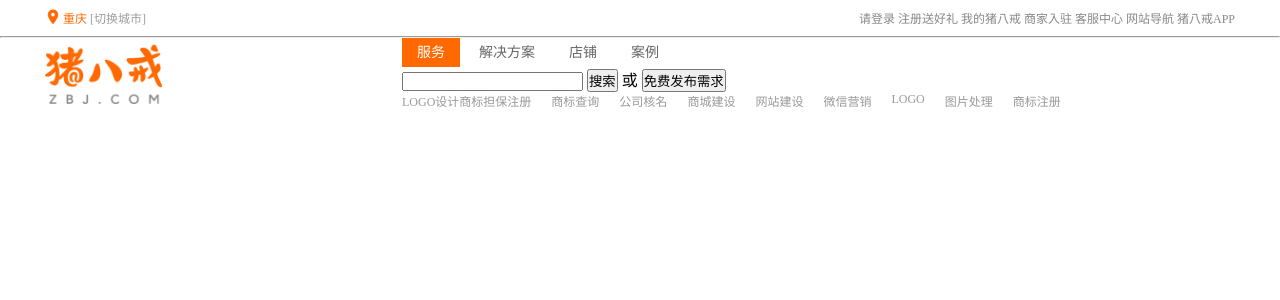
Repository: 13982720426/zbj
Page: HTML/index.html
The author's editor kept a copy of each file at every save. The page is drawn from the files as they stood at one save, then again after the next save.
The browser window is 1280 px wide. The pictures show the whole page.

Above is the page before, as saved 2021-07-15 15:25:04.

### HTML/index.html
<!DOCTYPE html>
<html lang="en">
  <head>
    <meta charset="UTF-8" />
    <meta http-equiv="X-UA-Compatible" content="IE=edge" />
    <meta name="viewport" content="width=device-width, initial-scale=1.0" />
    <title>猪八戒网重庆站-中国领先的企业服务平台</title>
    <link rel="stylesheet" type="image/x-icon" href="./imgs/favicon.ico" />
    <link rel="stylesheet" type="text/css" href="css/index.css" />
  </head>
  <body>
    <div class="header-top">
      <div class="header-top-left">
        <div class="location-icon">
          <span class="tl1">重庆</span>
          <span class="tl2">[切换城市]</span>
        </div>
      </div>
      <div class="haeder-top-right">
        <span class="tr1">请登录</span>
        <span class="tr2">注册送好礼</span>
        <span class="tr3">我的猪八戒</span>
        <span class="tr4">商家入驻</span>
        <span class="tr5">客服中心</span>
        <span class="tr6">网站导航</span>
        <span class="tr7">猪八戒APP</span>
      </div>
    </div>
    <hr />
    <div class="header-bd-wrap header-bd-wrap-fixed">
      <div class="header-bd-wrap-content">
        <div class="header-bd-wrap-l">
          <img class="logo-img" src="./imgs/newlogo_5b91b4a.png" alt="猪八戒" />
        </div>
        <div class="header-bd-wrap-r">
          <div class="header-bd-wrap-menu">
            <ul>
              <li><a href="">服务</a></li>
              <li><a href="">解决方案</a></li>
              <li><a href="">店铺</a></li>
              <li><a href="">案例</a></li>
            </ul>
          </div>
          <div class="header-bd-wrap-search">
            <form action="">
              <input class="search-input" type="text" name="" id="" />
              <button class="search-button">搜索</button>
              <span class="huo">或</span>
              <button class="search-button">免费发布需求</button>
            </form>
          </div>

          <div class="header-bd-wrap-nav">
            <a href="https://zt.zbj.com/sl/re/splkkegq" target="_blank">LOGO设计商标担保注册</a>
            <a href="https://zt.zbj.com/sl/re/spl4eino" target="_blank">商标查询</a>
            <a href="https://zt.zbj.com/sl/re/splhj5w7" target="_blank">公司核名</a>
            <a href="//search.zbj.com/f/?kw=%E5%95%86%E5%9F%8E%E5%BB%BA%E8%AE%BE" target="_blank">
              商城建设
            </a>
            <a href="//search.zbj.com/f/?kw=%E7%BD%91%E7%AB%99%E5%BB%BA%E8%AE%BE" target="_blank">
              网站建设
            </a>
            <a href="//search.zbj.com/f/?kw=%E5%BE%AE%E4%BF%A1%E8%90%A5%E9%94%80" target="_blank">
              微信营销
            </a>
            <a href="//search.zbj.com/f/?kw=LOGO" target="_blank">LOGO</a>
            <a href="//search.zbj.com/f/?kw=%E5%9B%BE%E7%89%87%E5%A4%84%E7%90%86" target="_blank">
              图片处理
            </a>
            <a
              href="https://tg.ipr.zbj.com/trademark/sbzc/?_union_identify=21&_union_uid=7223946&_union_itemid=1735120&fr=kwrecom"
              target="_blank"
            >
              商标注册
            </a>
          </div>
        </div>
      </div>
    </div>
  </body>
</html>

### HTML/css/index.css
* {
  margin: 0;
  padding: 0;
}
.header-top {
  display: flex;
  align-items: center;
  margin: 0 auto;
  height: 36px;
  width: 1190px;
  color: #888;
  font-size: 12px;
}
.location-icon {
  display: inline-block;
  padding-left: 18px;
  background-repeat: no-repeat;
  background-size: 16px;
  background-image: url('data:[embedded picture, 1182 characters]');
}
.tl1 {
  color: #ff6900;
}
.tl2 {
  color: #9e9e9e;
}
.header-top-left {
  flex: 1;
}
.header-top-right {
  flex: 1;
}
.header-bd-wrap {
  width: 100%;
}
.header-bd-wrap.header-bd-wrap-fixed {
}
.header-bd-wrap-content {
  width: 1190px;
  margin: 0 auto;
  display: flex;
  align-items: center;
  justify-content: center;
}
.header-bd-wrap-l {
  flex: 30%;
}
.header-bd-wrap-r {
  flex: 70%;
}
.header-bd-wrap-menu {
  padding: 0;
  margin: 0;
  /* list-style: none; */
  top: -28px;
  left: 0;
  /* background: #fff; */
  width: 440px;
  border: 0;
}
.header-bd-wrap-menu li {
  line-height: 28px;
  padding: 0 15px;
  /* list-style: none; */
  padding: 0;
  margin: 0;
  display: inline-block;
}
.header-bd-wrap-menu li:first-child {
  color: #fff;
  background: #ff6900;
}
.header-bd-wrap-menu li:first-child a {
  color: #fff;
}

.header-bd-wrap-menu a {
  font-size: 14px;
  margin: 15px;
  color: #666;
  text-decoration: none;
}
.header-bd-wrap-nav a {
  text-decoration: none;
  margin-right: 20px;
  font-size: 12px;
  color: #999;
  display: block;
  float: left;
  text-decoration: none;
  transition: 0.3s;
}
.logo-img {
  float: left;
  max-width: 117px;
  max-height: 61px;
  margin-right: 20px;
}

After the next save:
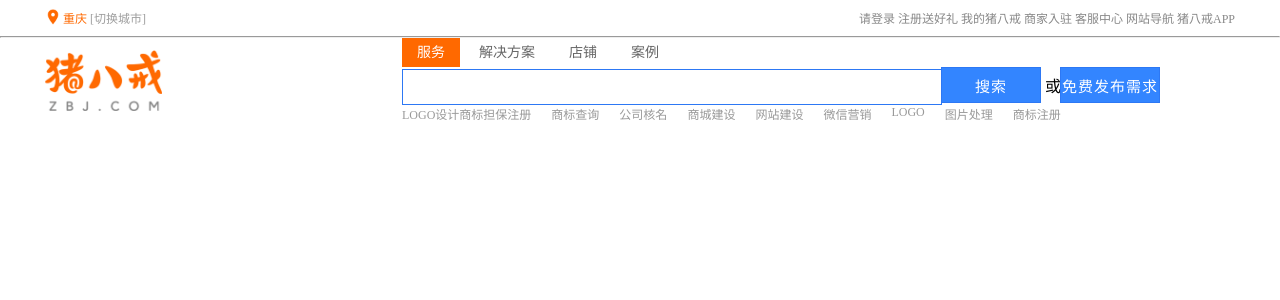
Saved 37 s later.
--- a/HTML/css/index.css
+++ b/HTML/css/index.css
@@ -96,3 +96,21 @@
   max-height: 61px;
   margin-right: 20px;
 }
+.search-input {
+  width: 540px;
+  height: 36px;
+  box-sizing: border-box;
+  border: 1px solid #2d78f4;
+  /*vertical-align: top;*/
+}
+.search-button {
+  width: 100px;
+  height: 36px;
+  color: #ffffff;
+  background-color: #3385ff;
+  font-size: 15px;
+  border: 1px solid #2d78f4;
+  margin-left: -5px;
+  letter-spacing: 1px;
+  /*vertical-align: top;*/
+}
